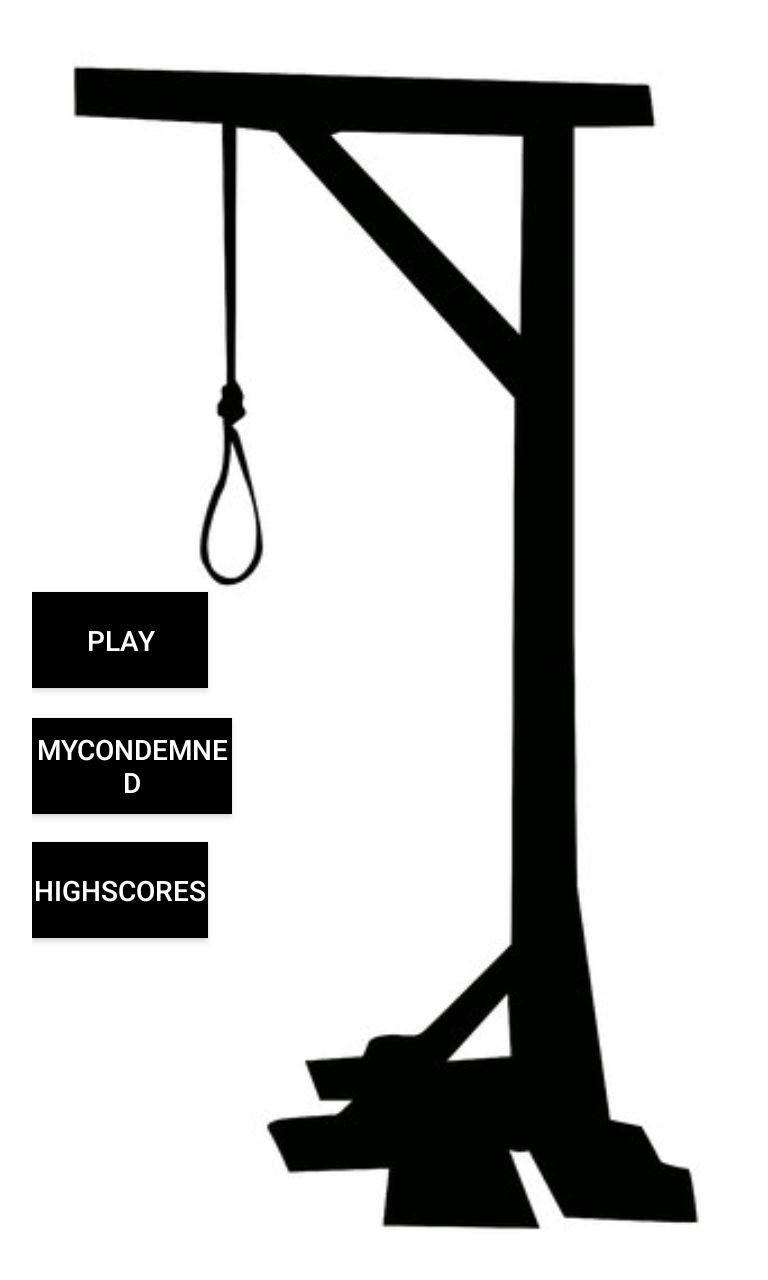
Repository: Sjaakja/hangman_app_studio
Layout: workspace/Hangman-TimeToSaveYourFriends/res/layout/fragment_main.xml
These files come from the project's save history. The layout is drawn as it stood at one moment and after the next save; the edit follows.
It is drawn on a 768 x 1280 px phone screen (xhdpi) without system bars, with theme AppTheme; the app's code is not run.

Above is the layout before, as saved 2014-06-10 15:05:41.

### workspace/Hangman-TimeToSaveYourFriends/res/layout/fragment_main.xml
<RelativeLayout xmlns:android="http://schemas.android.com/apk/res/android"
    xmlns:tools="http://schemas.android.com/tools"
    android:background="@drawable/gallow"
    android:layout_width="match_parent"
    android:layout_height="match_parent"
    android:paddingBottom="@dimen/activity_vertical_margin"
    android:paddingLeft="@dimen/activity_horizontal_margin"
    android:paddingRight="@dimen/activity_horizontal_margin"
    android:paddingTop="@dimen/activity_vertical_margin"
    tools:context="com.example.hangman_timetosaveyourfriends.MainActivity$PlaceholderFragment" >

    <Button
        android:id="@+id/button1"
        android:layout_width="wrap_content"
        android:layout_height="wrap_content"
        android:layout_alignParentLeft="true"
        android:layout_centerVertical="true"
        android:text="@string/title_activity_play"
        android:background="@color/black"
        android:textColor="@color/white" />

    <Button
        android:id="@+id/button2"
        android:layout_width="100dp"
        android:layout_height="wrap_content"
        android:layout_alignLeft="@+id/button1"
        android:layout_below="@+id/button1"
        android:layout_marginTop="15dp"
        android:background="@color/black"
        android:text="@string/title_activity_my_condemned"
        android:textColor="@color/white" />

    <Button
        android:id="@+id/button3"
        android:layout_width="wrap_content"
        android:layout_height="wrap_content"
        android:layout_alignLeft="@+id/button2"
        android:layout_below="@+id/button2"
        android:layout_marginTop="14dp"
        android:background="@color/black"
        android:text="@string/title_activity_highscores"
        android:textColor="@color/white" />

</RelativeLayout>

### workspace/Hangman-TimeToSaveYourFriends/res/values/strings.xml
<?xml version="1.0" encoding="utf-8"?>
<resources>

    <string name="app_name">Hangman - Time to save your friends</string>
    <string name="action_settings">Settings</string>
    <string name="test">Test</string>

    <string name="title_activity_play_settings">PlaySettings</string>
    	<string name="text_wrong_guesses">Maximum amount of wrong guesses</string>
    	<string name="text_word_length">Length of word</string>
    	<string name="text_choose_condemned">Choose your condemned</string>

    <string name="title_activity_play">Play</string>
    <string name="title_activity_my_condemned">MyCondemned</string>
    <string name="title_activity_highscores">Highscores</string>

</resources>

### workspace/Hangman-TimeToSaveYourFriends/res/values/color.xml
<?xml version="1.0" encoding="utf-8"?>
<resources>

    <item name="black" type="color">#000000</item>
    <item name="white" type="color">#FFFFFF</item>

    <item name="blue" type="color">#FF33B5E5</item>
    <item name="purple" type="color">#FFAA66CC</item>
    <item name="green" type="color">#FF99CC00</item>
    <item name="orange" type="color">#FFFFBB33</item>
    <item name="red" type="color">#FFFF4444</item>
    <item name="darkblue" type="color">#FF0099CC</item>
    <item name="darkpurple" type="color">#FF9933CC</item>
    <item name="darkgreen" type="color">#FF669900</item>
    <item name="darkorange" type="color">#FFFF8800</item>
    <item name="darkred" type="color">#FFCC0000</item>


</resources>

Loaded but not shown: workspace/Hangman-TimeToSaveYourFriends/res/values/styles.xml (common file); workspace/Hangman-TimeToSaveYourFriends/res/values-v11/styles.xml (common file); workspace/Hangman-TimeToSaveYourFriends/res/values-v14/styles.xml (common file); workspace/Hangman-TimeToSaveYourFriends/res/values/dimens.xml (common file); workspace/Hangman-TimeToSaveYourFriends/res/values-w820dp/dimens.xml (common file)

After the next save:
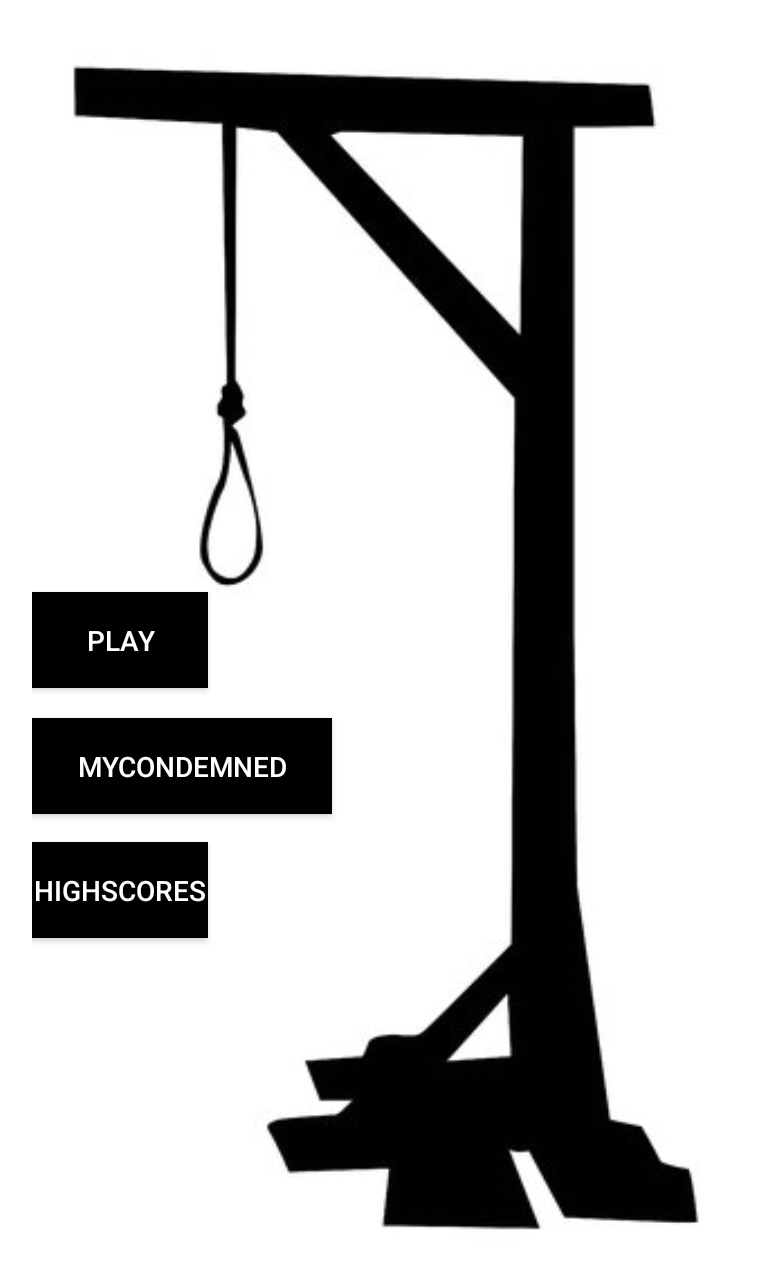
Saved 10 s later.
--- a/workspace/Hangman-TimeToSaveYourFriends/res/layout/fragment_main.xml
+++ b/workspace/Hangman-TimeToSaveYourFriends/res/layout/fragment_main.xml
@@ -21,7 +21,7 @@
 
     <Button
         android:id="@+id/button2"
-        android:layout_width="100dp"
+        android:layout_width="150dp"
         android:layout_height="wrap_content"
         android:layout_alignLeft="@+id/button1"
         android:layout_below="@+id/button1"
